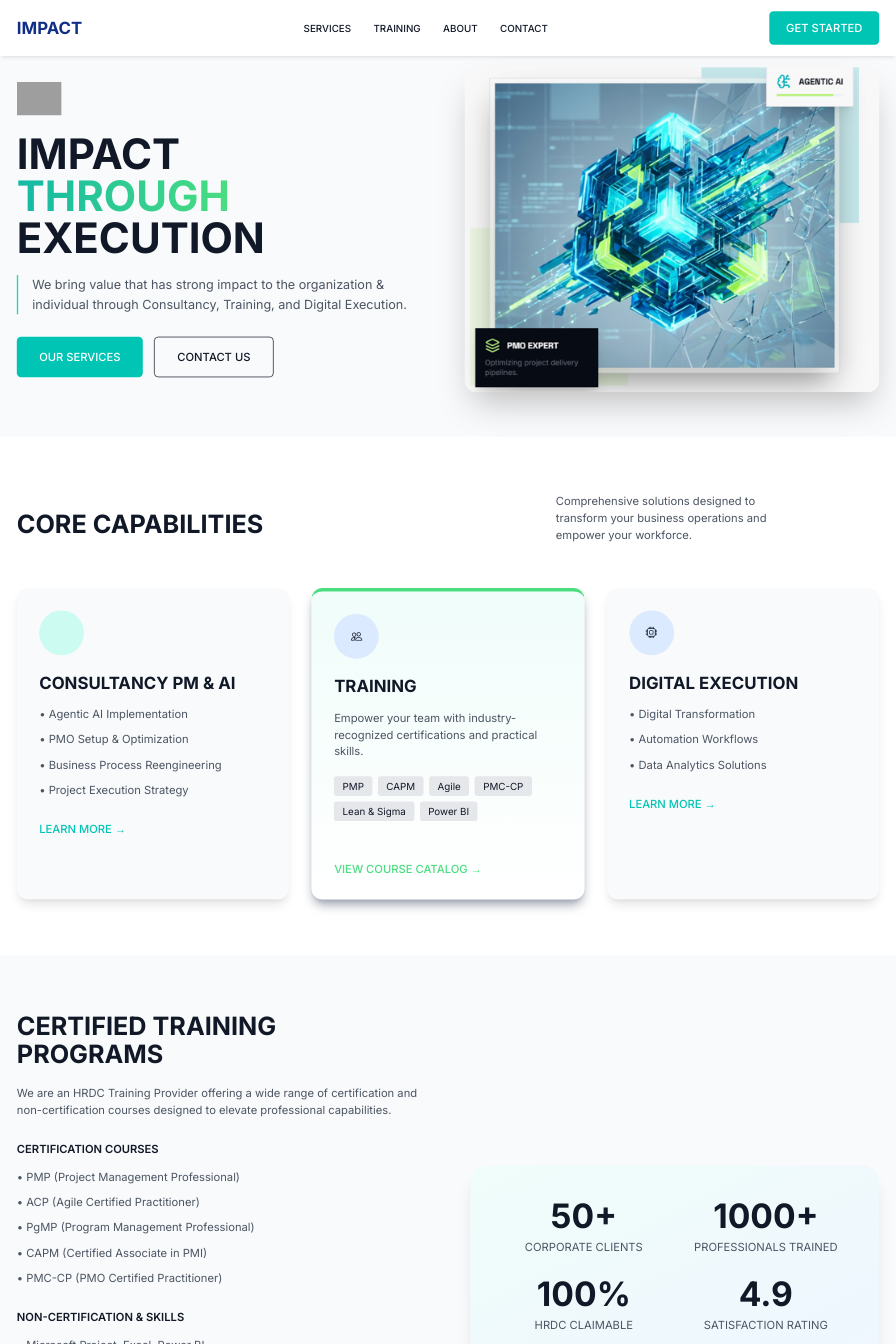
Repository: hsuntariq/web-pages
Page: impact/index.html
An editor plug-in stored every save of this project. The page is shown before and after the next save, followed by the edit.
The browser window is 1280 px wide. The pictures show the part of the page from y = 0 to 1920 px (the page is 4097 px tall), at 70% of full size.
Pictures or frames that could not be fetched are drawn as grey boxes. Some web libraries are served in a nearby version.

Above is the page before, as saved 2025-12-28 20:29:38.

After the next save:
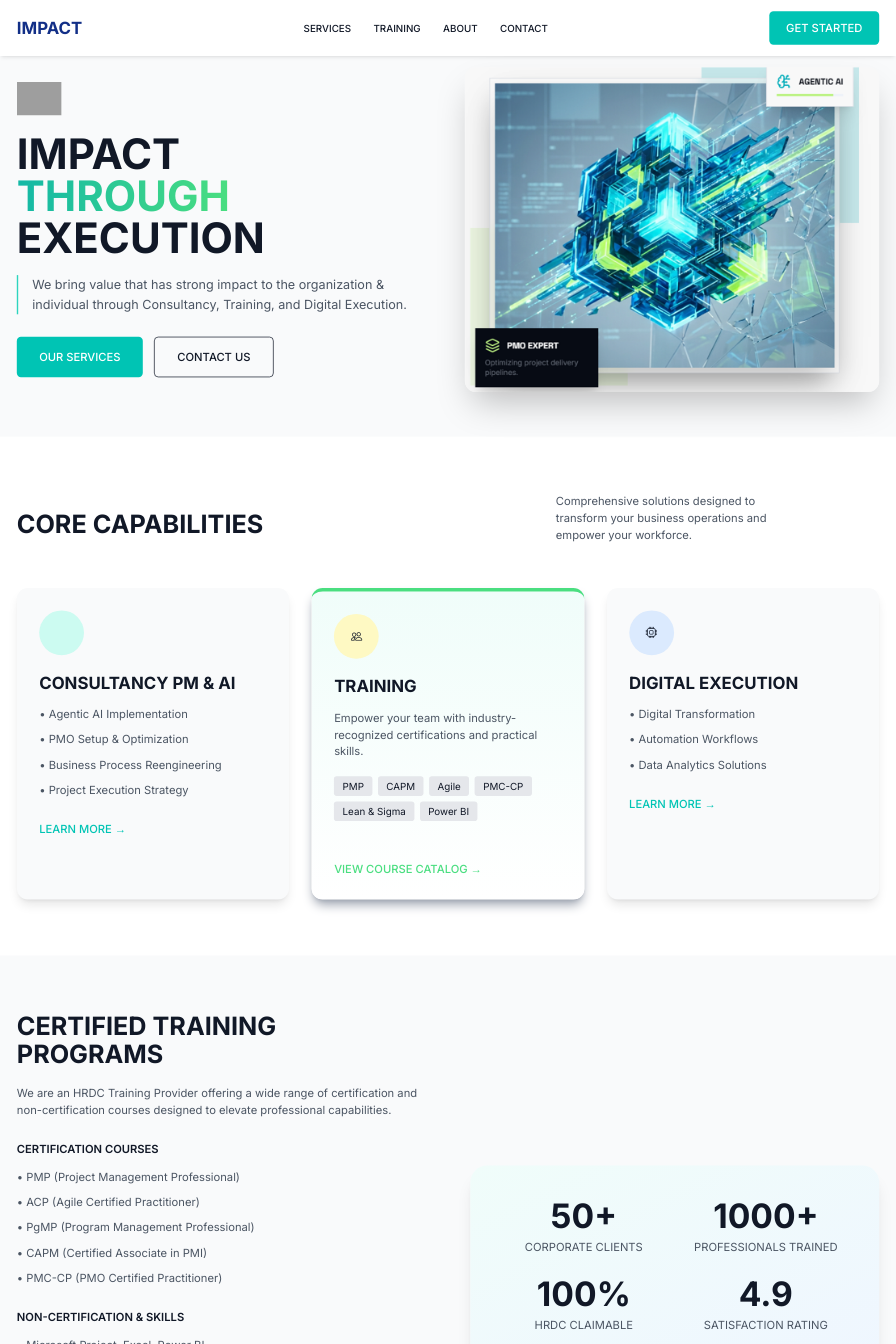
Saved 4 s later.
--- a/impact/index.html
+++ b/impact/index.html
@@ -153,7 +153,7 @@
             class="bg-gradient-to-b from-teal-50 to-white rounded-2xl shadow-2xl shadow-gray-400 border-e-0 border-s-0 border-b-0 border-[5px] p-8 shadow-lg border border-green-400"
           >
             <div
-              class="bg-blue-100 w-16 flex justify-center items-center h-16 rounded-full mb-6"
+              class="bg-yellow-100 w-16 flex justify-center items-center h-16 rounded-full mb-6"
             >
               <i class="bi bi-people"></i>
             </div>
